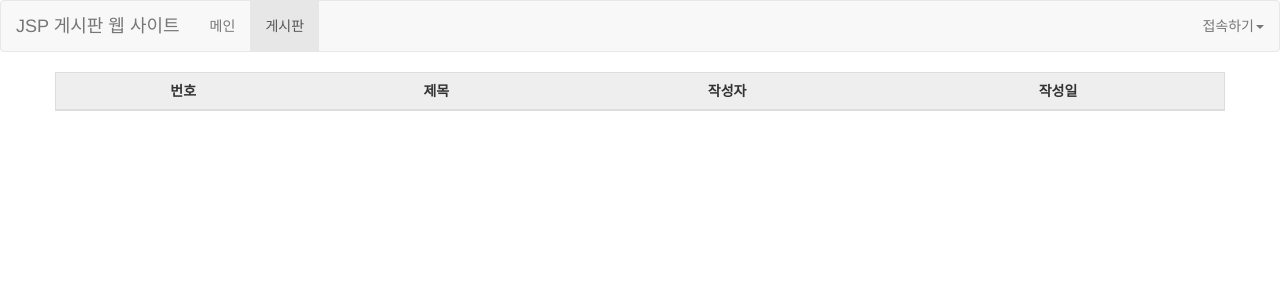
Repository: hseob04/jsp_bbs
Page: http://localhost/BBS/bbs.jsp
These files come from the project's save history. The page is drawn as it stood at one moment and after the next save; the edit follows.
The browser window is 1280 px wide. The pictures show the whole page.
Some web libraries are served in a nearby version. The page is served by Tomcat 9.

Above is the page before, as saved 2021-03-22 14:27:16.

After the next save:
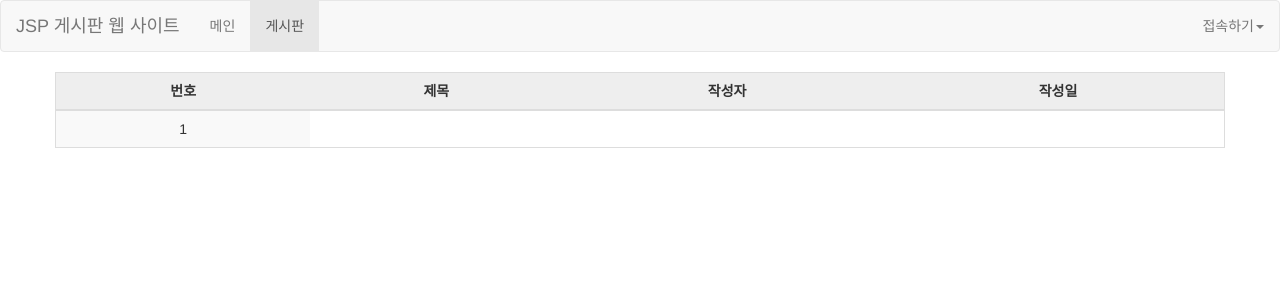
Saved 45 s later.
--- a/JSP/projects/BBS/src/main/webapp/bbs.jsp
+++ b/JSP/projects/BBS/src/main/webapp/bbs.jsp
@@ -84,6 +84,11 @@
 						<th style="background-color: #eeeeee; text-align: center;">작성일</th>
 					</tr>
 				</thead>
+				<tbody>
+					<tr>
+						<td>1</td>
+					</tr>
+				</tbody>
 			</table>
 		</div>
 	</div>
